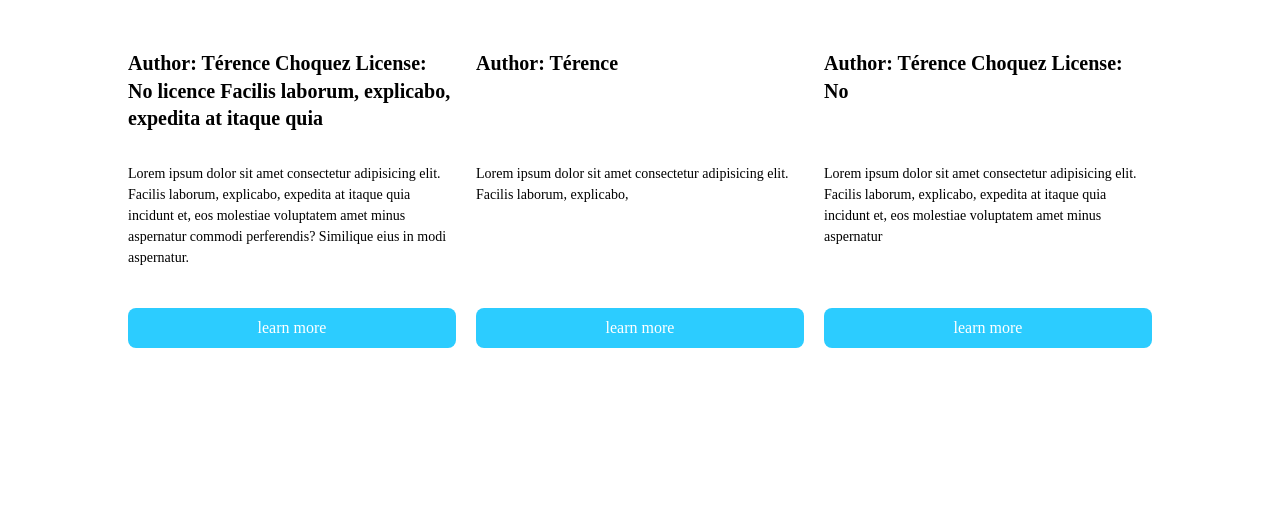
Repository: dinhhaidh/subgrid
Page: index.html
The author's editor kept a copy of each file at every save. The page is drawn from the files as they stood at one save, then again after the next save.
The browser window is 1280 px wide. The pictures show the part of the page from y = 220 to 740 px (the page is 740 px tall).

Above is the page before, as saved 2024-01-08 15:53:35.

After the next save:
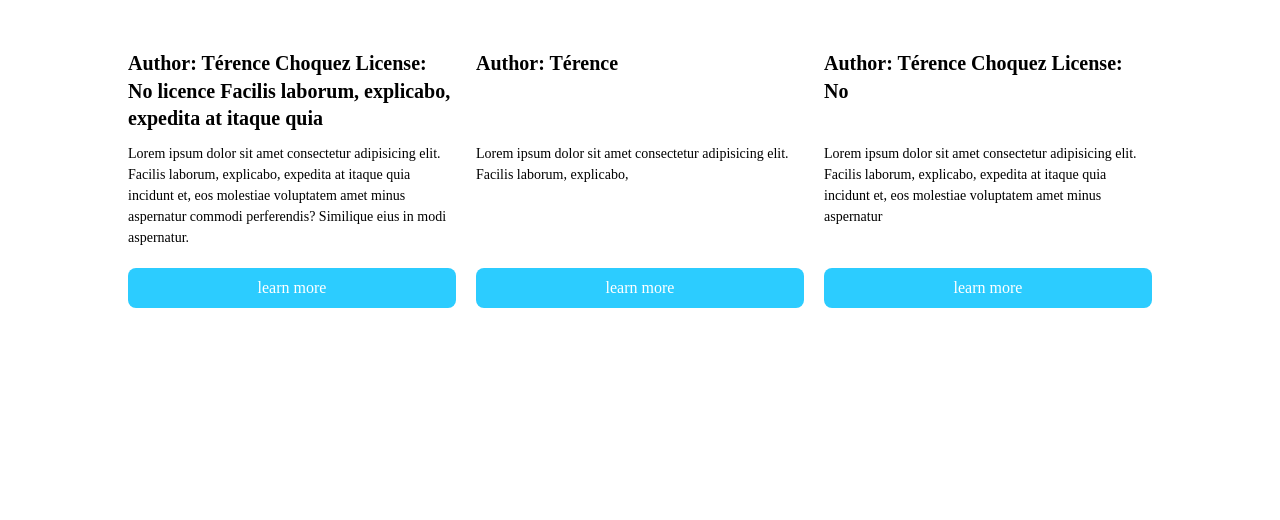
Saved 22 min 33 s later.
--- a/style.css
+++ b/style.css
@@ -90,4 +90,5 @@ body {
     grid-template-rows: subgrid ;
     grid-row: span 3;
     /* trong phần content chia nhỏ ra là 3 phần  */
+    gap: 0;
 }
